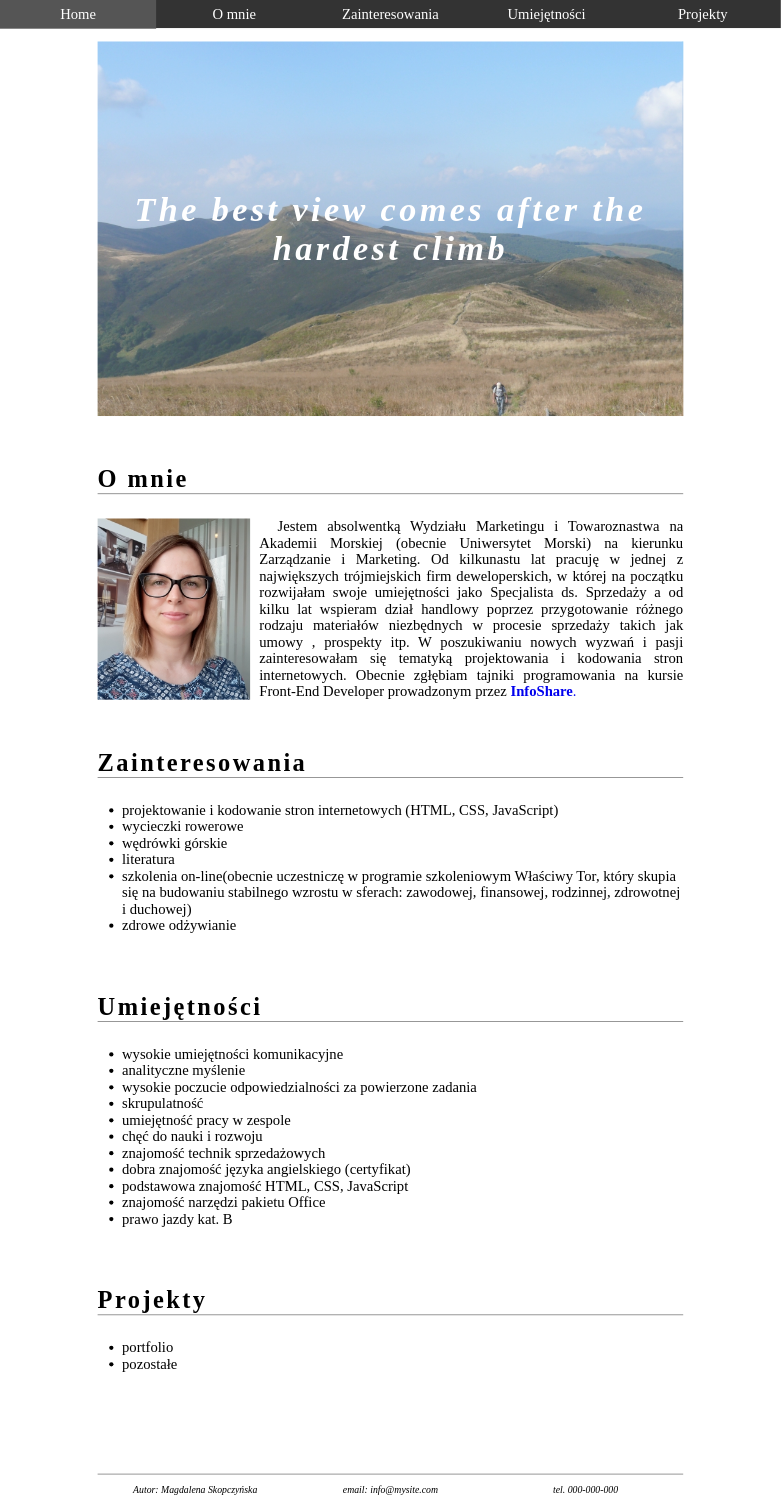
Repository: MagJaw/portfolio
Page: portfolio.html
An editor plug-in stored every save of this project. The page is shown before and after the next save, followed by the edit.
The browser window is 1280 px wide. The pictures show the whole page, at 61% of full size.

Above is the page before, as saved 2018-11-14 00:16:12.

### portfolio.html
<!DOCTYPE html>
<html lang="pl">
<head>
    <meta charset="UTF-8">
    <meta name="viewport" content="width=device-width, initial-scale=1.0">
    <meta http-equiv="X-UA-Compatible" content="ie=edge">
    <meta name="author" content="Magdalena Skopczyńska"/>
    <meta name="description" content="Portfolio - o mnie, zainteresowania, umiejętności, projekty">
    <link rel="stylesheet" href="main.css">
    <title>Portfolio</title>
</head>
<body>
    <div id="wrapper">
        <div id="section1"></div>
        <nav role="navigation" class="menu__container">
            <ul class="menu">
                <li class="menu__section">
                    <a href="#section1">Home</a>
                </li>
                <li class="menu__section">
                    <a href="#section2">O mnie</a>
                </li>
                <li class="menu__section">
                    <a href="#section3">Zainteresowania</a>
                </li>
                <li class="menu__section">
                    <a href="#section4">Umiejętności</a>
                </li>
                <li class="menu__section">
                    <a href="#section5">Projekty</a>
                </li>
            </ul>
        </nav>
        <div class="motto__container">
            <blockquote id="quote"><b>The best view comes after the hardest climb</b><span></span></blockquote>
        </div>

        <div id="section2">
            <h1 class="header__section">O mnie</h1>
            <img src="portret.jpg" class="my__photo">
            <p id="history"> Jestem absolwentką Wydziału Marketingu i Towaroznastwa na Akademii Morskiej (obecnie Uniwersytet Morski) na kierunku Zarządzanie i Marketing. Od kilkunastu lat pracuję w jednej z największych trójmiejskich firm deweloperskich, w której na początku rozwijałam swoje umiejętności jako Specjalista ds. Sprzedaży a od kilku lat wspieram dział handlowy poprzez przygotowanie różnego rodzaju materiałów niezbędnych w procesie sprzedaży takich jak umowy , prospekty itp. W poszukiwaniu nowych wyzwań i pasji zainteresowałam się tematyką projektowania i kodowania stron internetowych. Obecnie zgłębiam tajniki programowania na kursie Front-End Developer prowadzonym przez <a target="_blank" href="https://infoshareacademy.com/" class="link"><b>InfoShare</b>.</a></p>
        </div>
        <div id="section3">
            <h1 class="header__section">Zainteresowania</h1>
            <ul>
                <li>projektowanie i kodowanie stron internetowych (HTML, CSS, JavaScript)</li>
                <li>wycieczki rowerowe</li>
                <li>wędrówki górskie</li>
                <li>literatura</li>
                <li>szkolenia on-line(obecnie uczestniczę w programie szkoleniowym Właściwy Tor, który skupia się na budowaniu stabilnego wzrostu w sferach: zawodowej, finansowej, rodzinnej, zdrowotnej i duchowej)</li>
                <li>zdrowe odżywianie</li>
            </ul>
        </div>
        <div id="section4">
            <h1 class="header__section">Umiejętności</h1>
            <ul>
                <li>wysokie umiejętności komunikacyjne</li>
                <li>analityczne myślenie</li>
                <li>wysokie poczucie odpowiedzialności za powierzone zadania</li>
                <li>skrupulatność</li>
                <li>umiejętność pracy w zespole</li>
                <li>chęć do nauki i rozwoju</li>
                <li>znajomość technik sprzedażowych</li>
                <li>dobra znajomość języka angielskiego (certyfikat)</li>
                <li>podstawowa znajomość HTML, CSS, JavaScript</li>
                <li>znajomość narzędzi pakietu Office</li>
                <li>prawo jazdy kat. B</li>
            </ul>
        </div>
        <div id="section5">
            <h1 class="header__section">Projekty</h1>
            <ul>
                <li>portfolio</li>
                <li>pozostałe</li>
            </ul>
        </div>
        <div id="footer">
            <p>Autor: Magdalena Skopczyńska</p>
            <p>email: info@mysite.com</p>
            <p>tel. 000-000-000</p>
        </div>
    </div>
</body>
</html>

### main.css
html {
    font-size: 16px;
    scroll-behavior: smooth;
  }

#wrapper {
    width: 100%;
    max-width: 960px;
    margin: 0 auto;
}

.menu__container {
background:  #333;
}

.menu {
    list-style-type: none;
    padding: 0;
    margin: 0;
}

.menu__container a {
    text-decoration: none;
    text-align: center;
    color: #fff;
    display: block;
    padding: 10px;
}

.menu__container a:hover {
background-color: #555;
}

.motto__container {
width: 100%;
height: 48vw;
background-image: url(tapeta.jpg);
background-color: #555;
opacity: 0.8;
display: table;
}

@keyframes pisz
{
  0% { width:100%; }
  100% { width:0; }
}

@keyframes znak
{
  0% { border-left-color:transparent; }
  50% { border-left-color:black; }
  100% { border-left-color:transparent; }
}

#quote {
position: relative;
font-size: 3.5em;
letter-spacing: 0.1em;
font-style: italic;
color: #fff;
text-align: center;
vertical-align: middle;
display: table-cell;
margin: 0;
}

#quote > span {
position: absolute;
top: 0;
right: 0;
height: 100%;
animation:pisz 10s steps(43,start) infinite znak 1s step-end infinite;
background-image: url(tapeta.jpg);
border-left:1px solid transparent;
}

p, li {
font-size: 1.5em;
}

.header__section {
font-size: 2.5em;
letter-spacing: 0.1em;
border-bottom: 1px solid #555;
margin-top: 1em;
margin-bottom: 1em;
}

.my__photo {
float: left;
padding-right: 15px;
}

#history {
margin: 0;
text-indent: 30px;
text-align: justify;
}
.link {
text-decoration: none;
}

.link:hover {
text-decoration: underline;
}

#footer {
height: 46px;
bottom: 0;
display: flex;
width: 100%;
border-top: 1px solid #555;
}

#footer p {
font-size: 1em;
font-style: italic;
display: block;
text-align: center;
width:100%;
}

#section5 {
padding-bottom: 150px;
}

@media screen and (max-width: 767px){
#quote {
font-size: 2em;
}

.my__photo {
    float: none;
    padding-right: 0;
    display: block;
    margin: 0 auto;
    }

#history {
    padding-top: 10px;
    }
}

@media screen and (min-width: 768px){

.menu {
display: flex;
}

.menu__section {
flex: 1 1 0;
}

.menu__container {
    background:  #333;
    z-index: 1;
    top: 0;
    left: 0;
    right: 0;
    height: 46px;
    position: fixed;
    }

.motto__container {
margin-top: 40px;
}

/*.header__section {
    margin-top: 46px;
    }
}*/

#section2,
#section3,
#section4,
#section5 {
padding-top: 40px;
}

#section1 {
padding: 10px;
}
}
@media screen and (min-width: 1700px){
    .motto__container {

    height: 24vw;
    }

After the next save:
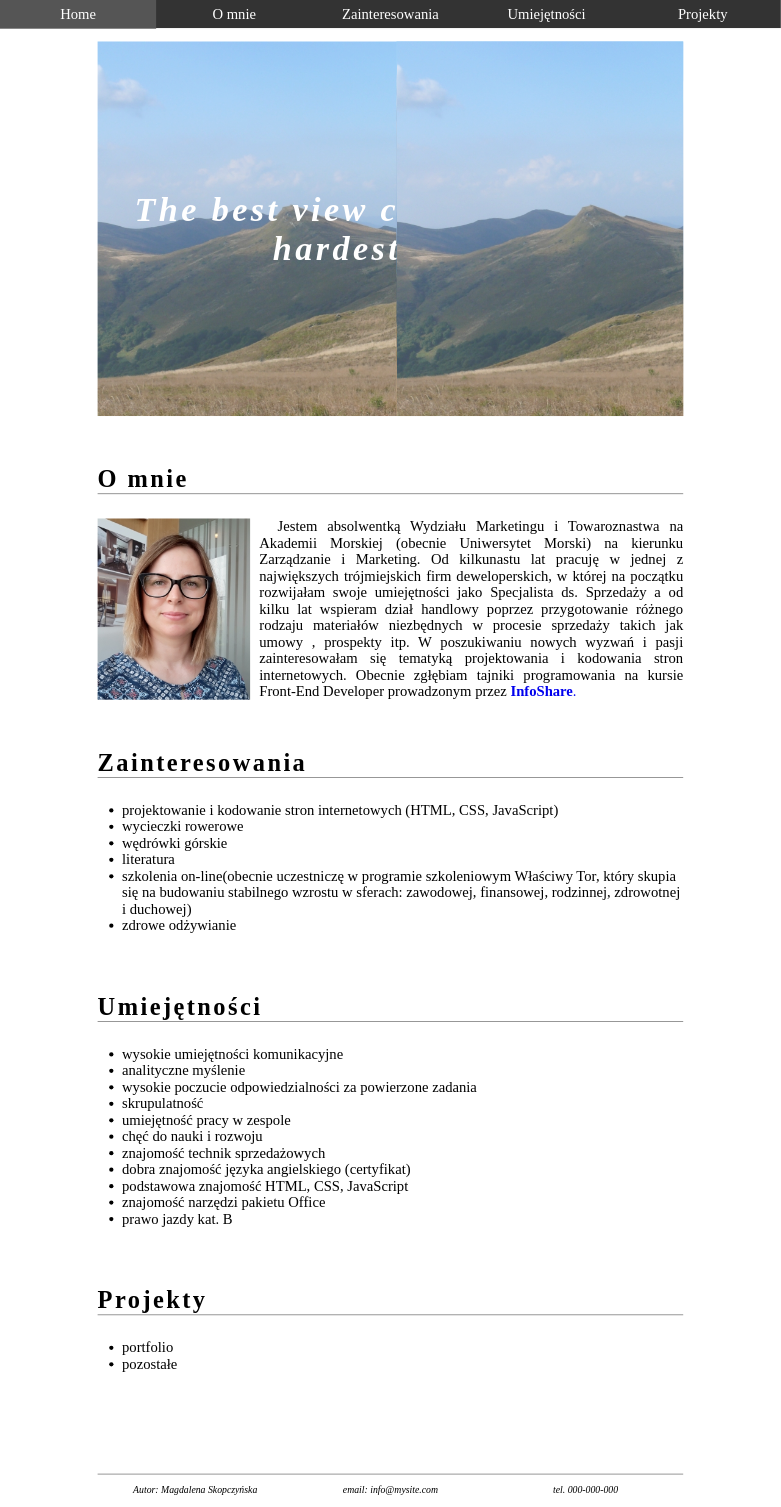
Saved 34 s later.
--- a/main.css
+++ b/main.css
@@ -70,7 +70,7 @@
 top: 0;
 right: 0;
 height: 100%;
-animation:pisz 10s steps(43,start) infinite znak 1s step-end infinite;
+animation:pisz 10s steps(43,start) infinite;
 background-image: url(tapeta.jpg);
 border-left:1px solid transparent;
 }

After the save that followed:
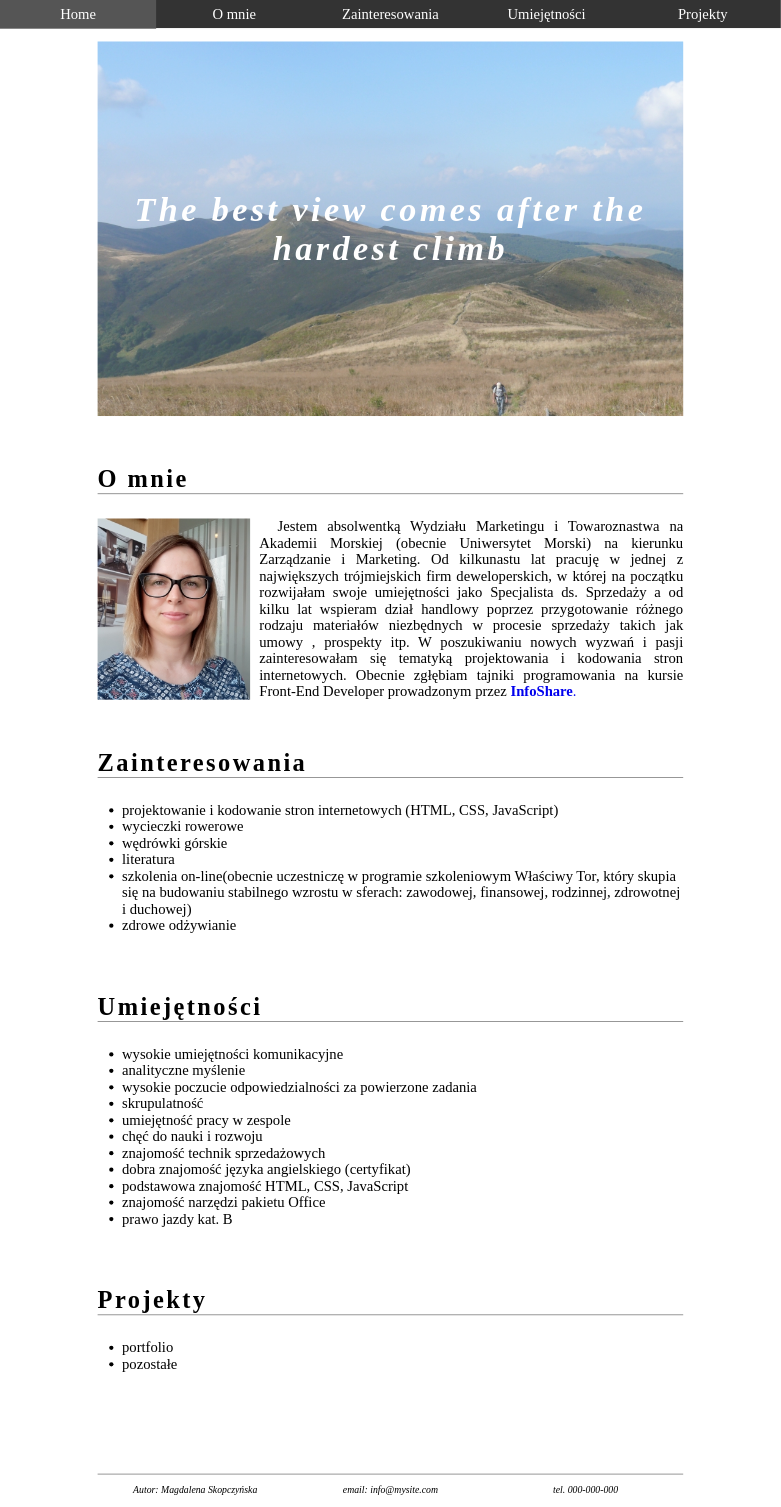
Saved 8 min 19 s later.
--- a/main.css
+++ b/main.css
@@ -40,21 +40,7 @@
 display: table;
 }
 
-@keyframes pisz
-{
-  0% { width:100%; }
-  100% { width:0; }
-}
-
-@keyframes znak
-{
-  0% { border-left-color:transparent; }
-  50% { border-left-color:black; }
-  100% { border-left-color:transparent; }
-}
-
 #quote {
-position: relative;
 font-size: 3.5em;
 letter-spacing: 0.1em;
 font-style: italic;
@@ -63,17 +49,34 @@
 vertical-align: middle;
 display: table-cell;
 margin: 0;
+animation: type 4s steps(60, end);
 }
 
-#quote > span {
-position: absolute;
-top: 0;
-right: 0;
-height: 100%;
-animation:pisz 10s steps(43,start) infinite;
-background-image: url(tapeta.jpg);
-border-left:1px solid transparent;
+#quote:nth-child(2){
+animation: type2 8s steps(60, end);
 }
+
+#quote span{
+animation: blink 1s infinite;
+}
+
+@keyframes type{
+from { width: 0;}
+}
+
+@keyframes type2{
+0%{width: 0;}
+50%{width: 0;}
+100%{ width: 100;}
+}
+
+@keyframes blink{
+to{opacity: .0;}
+}
+
+/*::selection{
+background: black;
+}*/
 
 p, li {
 font-size: 1.5em;
